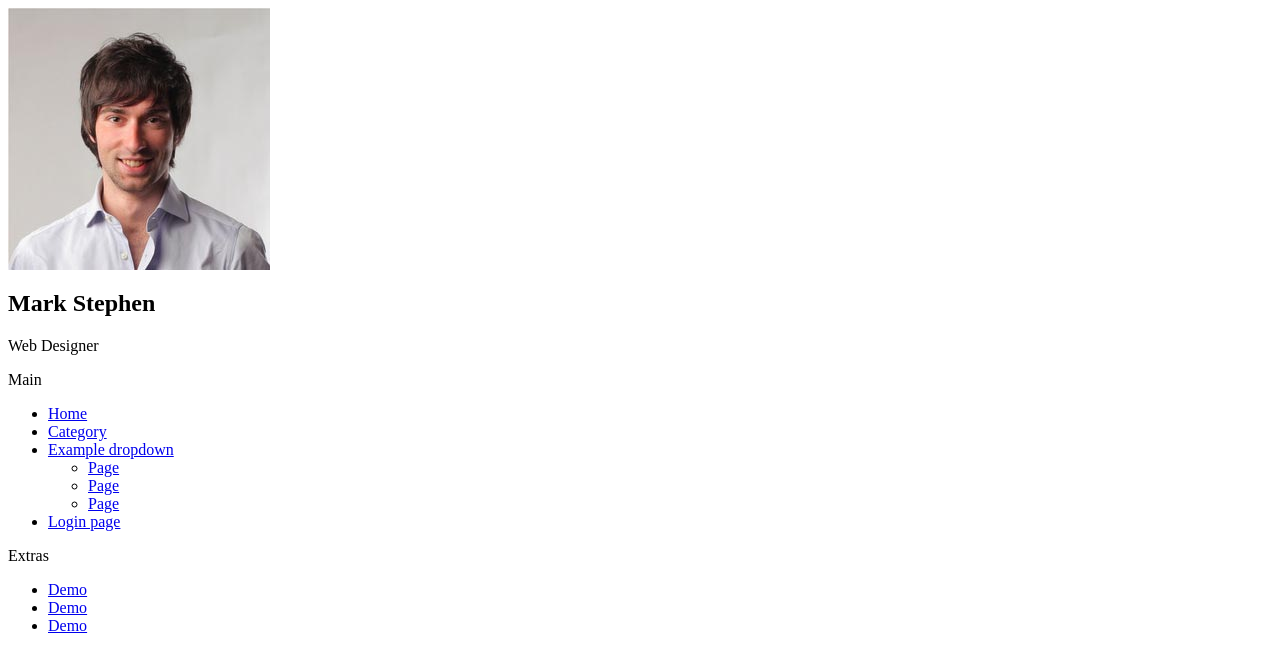
Repository: tanimtanzilislam/ecommerce_project_laravel
Page: resources/views/admin/sidebar.blade.php
An editor plug-in stored every save of this project. The page is shown before and after the next save, followed by the edit.
The browser window is 1280 px wide. The pictures show the whole page.
The page is served by the project's Laravel application, run on PHP 8.4 with Laravel 12. The template is opened directly, without the code that normally fills it, so the values that code supplies are empty.

Above is the page before, as saved 2025-06-15 20:08:10.

After the next save:
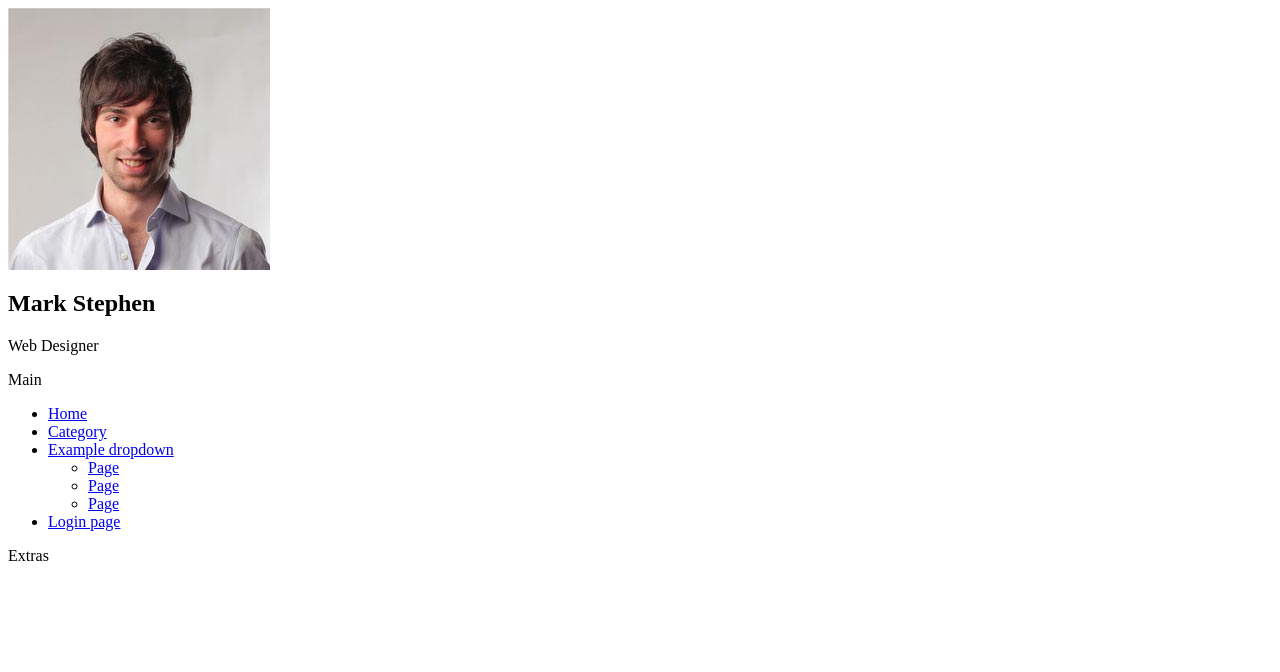
Saved 34 s later.
--- a/resources/views/admin/sidebar.blade.php
+++ b/resources/views/admin/sidebar.blade.php
@@ -23,8 +23,6 @@
                 <li><a href="login.html"> <i class="icon-logout"></i>Login page </a></li>
         </ul><span class="heading">Extras</span>
         <ul class="list-unstyled">
-          <li> <a href="#"> <i class="icon-settings"></i>Demo </a></li>
-          <li> <a href="#"> <i class="icon-writing-whiteboard"></i>Demo </a></li>
-          <li> <a href="#"> <i class="icon-chart"></i>Demo </a></li>
+
         </ul>
       </nav>
